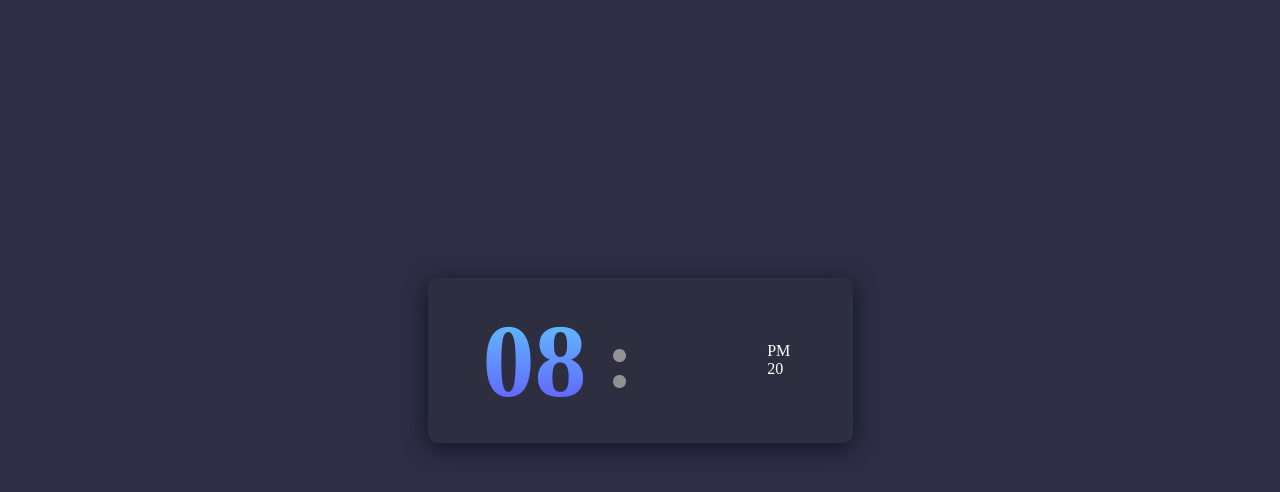
Repository: QUANGTHAI2003/digital-clock
Page: index.html
The author's editor kept a copy of each file at every save. The page is drawn from the files as they stood at one save, then again after the next save.
The browser window is 1280 px wide. The pictures show the whole page.

Above is the page before, as saved 2022-03-26 19:57:09.

### index.html
<!DOCTYPE html>
<html lang="en">
    <head>
        <meta charset="UTF-8" />
        <meta http-equiv="X-UA-Compatible" content="IE=edge" />
        <meta name="viewport" content="width=device-width, initial-scale=1.0" />
        <title>Digital-Clock</title>
        <link rel="stylesheet" href="style.css" />
        <link rel="stylesheet" href="https://unicons.iconscout.com/release/v4.0.0/css/line.css" />
    </head>
    <body>
        <div class="digital-clock">
            <div class="time">
                <span class="hour">08</span>
                <span class="dots">:</span>
                <span class="minutes">30</span>
                <div class="right-side">
                    <span class="period">PM</span>
                    <span class="seconds">20</span>
                </div>
            </div>
        </div>
    </body>
</html>

### style.css
@import url('https://fonts.googleapis.com/css2?family=Poppins:ital,wght@0,100;0,200;0,300;0,400;0,500;0,600;0,700;0,800;0,900;1,100;1,200;1,300;1,400;1,500;1,600;1,700;1,800;1,900&display=swap');

* {
    margin: 0;
    padding: 0;
    box-sizing: border-box;
    font-family: 'Poppins'sans-serif;
}

body {
    min-height: 100vh;
    display: flex;
    justify-content: center;
    align-items: center;
    background: #2e2e44;
}

.digital-clock {
    position: relative;
    color: #fff;
    background: #2d2f41;
    width: 425px;
    padding: 20px 45px;
    box-shadow: 0 5px 25px rgba(14, 21, 37, 08);
    border-radius: 10px;
    display: flex;
    justify-content: center;
    align-items: center;
}

.time {
    position: relative;
    display: flex;
    justify-content: center;
    align-items: center;
}

.hour,
.dots,
.minutes {
    display: flex;
    justify-content: center;
    align-items: center;
    font-weight: 600;
    padding: 0 10px;
    line-height: 125px;
}

.hour,
.minutes {
    font-size: 6.5em;
    width: 125px;
}

.dots {
    font-size: 5em;
    color: #929292;
}

.hour {
    background: -webkit-linear-gradient(90deg, #634dff, #5fd4ff);
    -webkit-text-fill-color: transparent;
    -webkit-background-clip: text;
}

.minutes {
    background: -webkit-linear-gradient(90deg, #ff5e9a, I#ffb960);
    -webkit-text-fill-color: transparent;
    -webkit-background-clip: text;
}

After the next save:
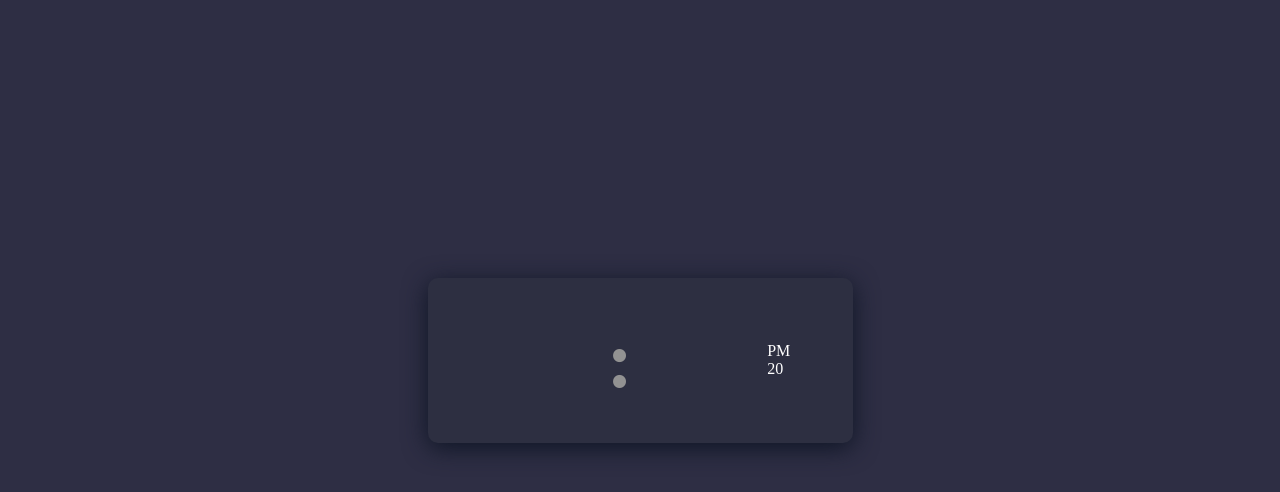
Saved 48 s later.
--- a/style.css
+++ b/style.css
@@ -58,7 +58,7 @@
 }
 
 .hour {
-    background: -webkit-linear-gradient(90deg, #634dff, #5fd4ff);
+    background-color: -webkit-linear-gradient(90deg, #634dff, #5fd4ff);
     -webkit-text-fill-color: transparent;
     -webkit-background-clip: text;
 }

After the 2 saves that followed:
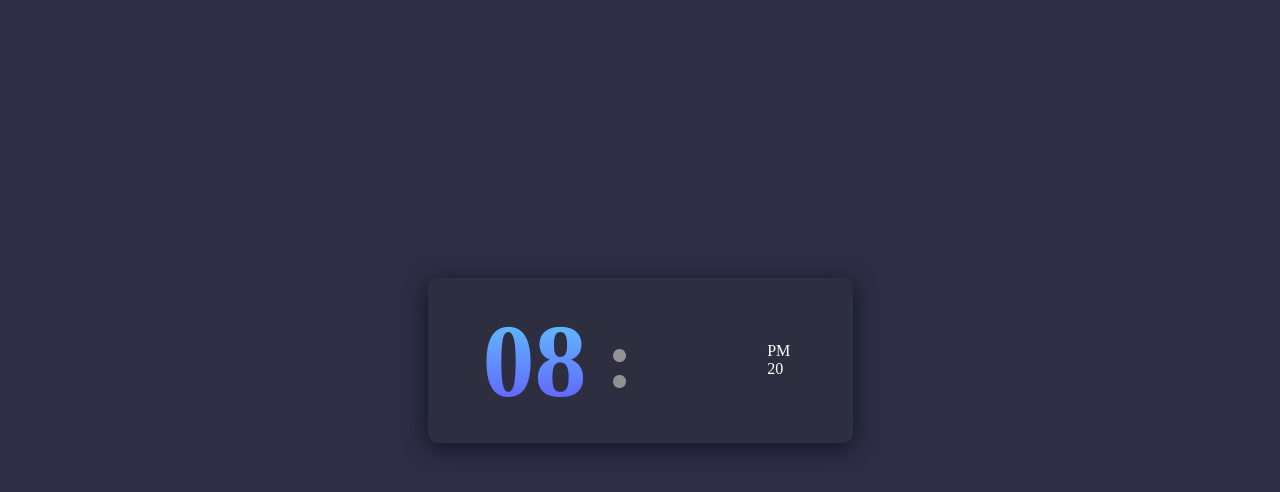
The 2 saves are shown as one change because 1 left the picture as it was.
The last was saved 15 s later.
--- a/style.css
+++ b/style.css
@@ -58,7 +58,7 @@
 }
 
 .hour {
-    background-color: -webkit-linear-gradient(90deg, #634dff, #5fd4ff);
+    background: -webkit-linear-gradient(90deg, #634dff, #5fd4ff);
     -webkit-text-fill-color: transparent;
     -webkit-background-clip: text;
 }
